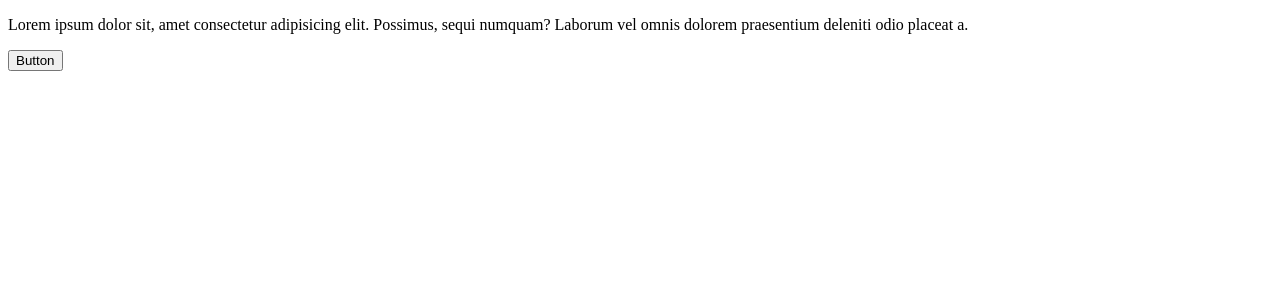
Repository: sparrowkg/TeamWork
Page: index.html
These files come from the project's save history. The page is drawn as it stood at one moment and after the next save; the edit follows.
The browser window is 1280 px wide. The pictures show the whole page.

Above is the page before, as saved 2024-02-08 12:48:41.

After the next save:
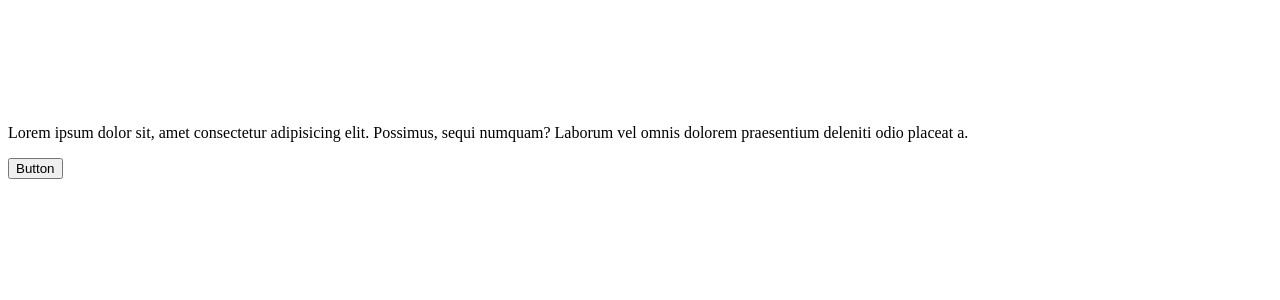
Saved 4 s later.
--- a/style.css
+++ b/style.css
@@ -1,4 +1,4 @@
 .pic {
     width: 100px;
-    h100
+    height: 100px;
 }
